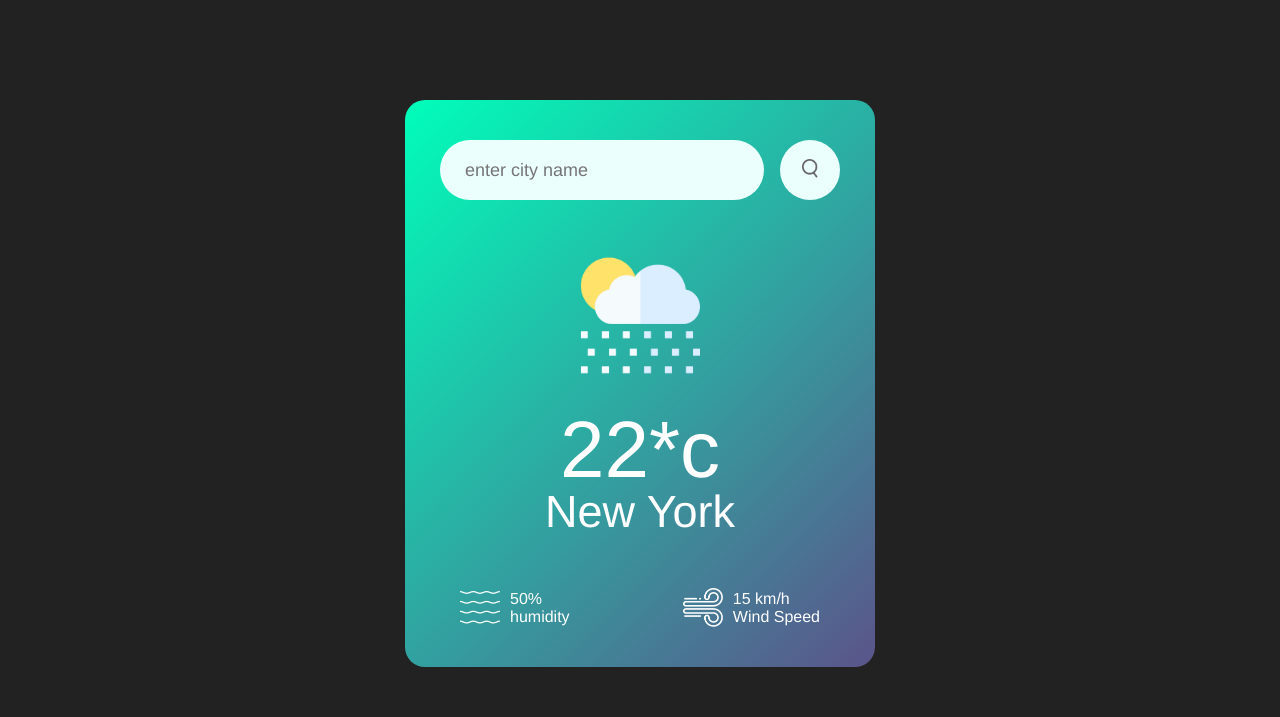
Repository: sodmaq/weatherApp
Page: index.html
An editor plug-in stored every save of this project. The page is shown before and after a run of saves, followed by the edit.
The browser window is 1280 px wide. The pictures show the whole page.

Above is the page before, as saved 2023-06-24 23:03:24.

After the next 3 saves:
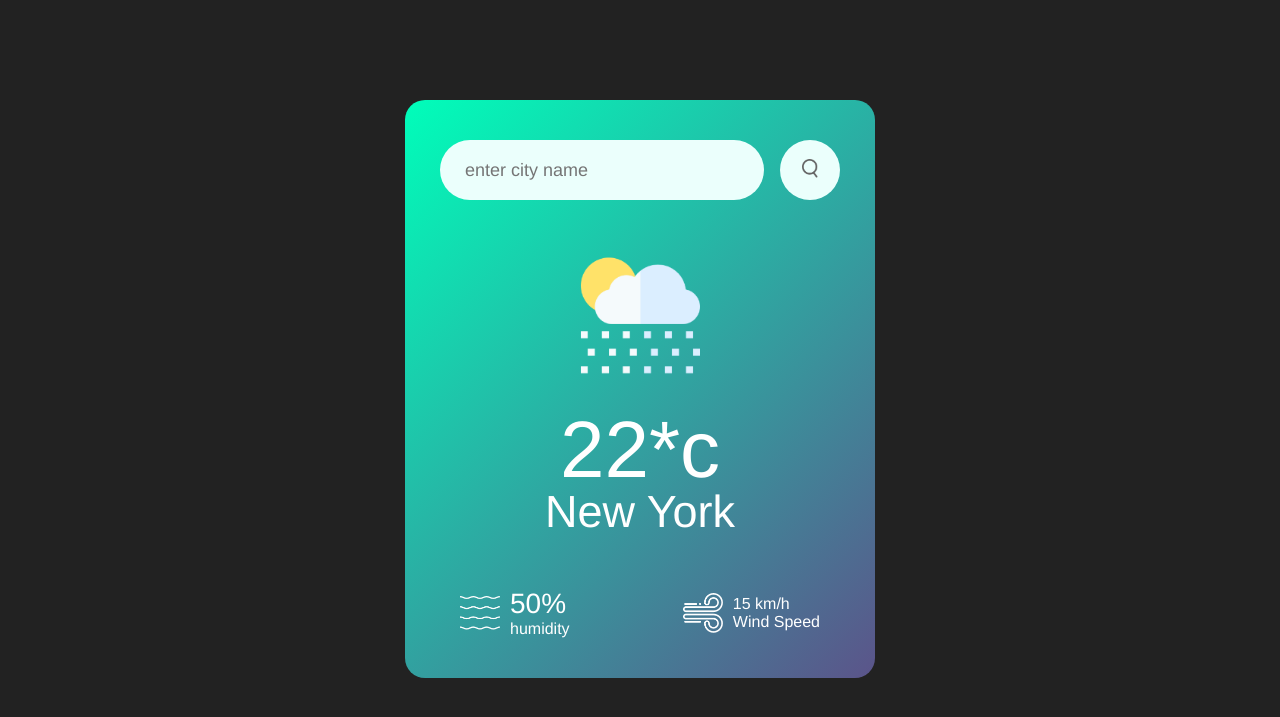
The 3 saves are shown as one change because they came seconds apart.
The last was saved 8 s later.
--- a/style.css
+++ b/style.css
@@ -89,6 +89,7 @@ body {
   margin-right: 10px;
 }
 
-.humidity, .wind{
-     font-size: ;
+.humidity,
+.wind {
+  font-size: 28px;
 }
